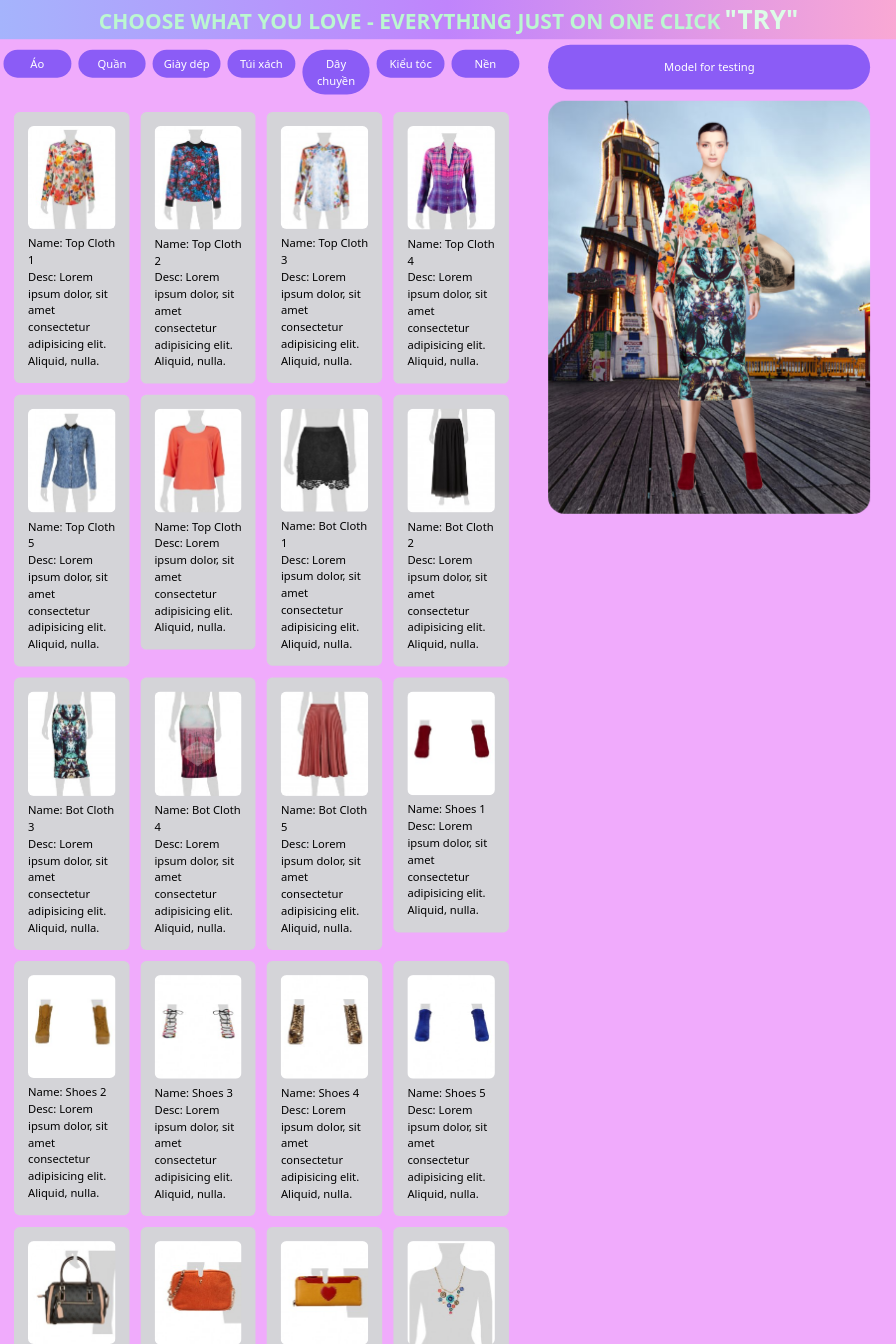
Repository: NguyenVietPhuQuy/ReactJs-TailWind-Redux-FunctionHook-ModelDesign
Page: / (app in modeldesign/)
These files come from the project's save history. The page is drawn as it stood at one moment and after the next save; the edit follows.
The browser window is 1280 px wide. The pictures show the part of the page from y = 0 to 1920 px (the page is 3468 px tall before and 3444 px after), at 70% of full size.
The project was rebuilt for these pictures with package versions that can differ from the ones it lists, and the page was loaded fresh each time. Also part of the build but not shown: modeldesign/src/App.css.

Above is the page before, as saved 2022-11-17 17:30:44.

### modeldesign/public/index.html
<!DOCTYPE html>
<html lang="en">
  <head>
    <meta charset="utf-8" />
    <link rel="icon" href="%PUBLIC_URL%/favicon.ico" />
    <meta name="viewport" content="width=device-width, initial-scale=1" />
    <meta name="theme-color" content="#000000" />
    <meta
      name="description"
      content="Web site created using create-react-app"
    />
    <!--bootstrap-->
    <link rel="stylesheet" href="https://cdnjs.cloudflare.com/ajax/libs/bootstrap/5.2.2/js/bootstrap.min.js">
    <link rel="apple-touch-icon" href="%PUBLIC_URL%/logo192.png" />
    <!--
      manifest.json provides metadata used when your web app is installed on a
      user's mobile device or desktop. See https://developers.google.com/web/fundamentals/web-app-manifest/
    -->
    <link rel="manifest" href="%PUBLIC_URL%/manifest.json" />
    <!--
      Notice the use of %PUBLIC_URL% in the tags above.
      It will be replaced with the URL of the `public` folder during the build.
      Only files inside the `public` folder can be referenced from the HTML.

      Unlike "/favicon.ico" or "favicon.ico", "%PUBLIC_URL%/favicon.ico" will
      work correctly both with client-side routing and a non-root public URL.
      Learn how to configure a non-root public URL by running `npm run build`.
    -->
    <title>React App</title>
  </head>
  <body>
    <noscript>You need to enable JavaScript to run this app.</noscript>
    <div id="root"></div>
    <!--
      This HTML file is a template.
      If you open it directly in the browser, you will see an empty page.

      You can add webfonts, meta tags, or analytics to this file.
      The build step will place the bundled scripts into the <body> tag.

      To begin the development, run `npm start` or `yarn start`.
      To create a production bundle, use `npm run build` or `yarn build`.
    -->
  </body>
</html>

### modeldesign/src/index.js
import React from 'react';
import ReactDOM from 'react-dom/client';
import './index.css';
import App from './App';
import reportWebVitals from './reportWebVitals';
import {Provider} from 'react-redux'
import store from './Components/Reducer/Store';
const root = ReactDOM.createRoot(document.getElementById('root'));
root.render(
  <React.StrictMode>
    <Provider store ={store}>
    <App/>
    </Provider>
  </React.StrictMode>
);

// If you want to start measuring performance in your app, pass a function
// to log results (for example: reportWebVitals(console.log))
// or send to an analytics endpoint. Learn more: https://bit.ly/CRA-vitals
reportWebVitals();

### modeldesign/src/App.js
import React from 'react';
import './App.css';
import Home from './Components/Home.js'
function App() {
  return (
    <div>
      <Home/>
    </div>
  );
}

export default App;

### modeldesign/src/Components/Reducer/Store.js
import {createStore} from "redux"
import rootReducer from "./RootReducer"

const store = createStore(rootReducer,window.__REDUX_DEVTOOLS_EXTENSION__ && window.__REDUX_DEVTOOLS_EXTENSION__())
export default store

### modeldesign/src/Components/Home.js
import React from "react";
import Header from './Header.js'
import Category from "./Category.js";
import ProductList from "./ProductList.js";
import Model from "./Model.js";
function Home() {
    return (
        <div className="container mx-auto relative bg-fuchsia-300">
            <section className=
            " bg-gradient-to-r from-indigo-300 via-purple-400 to-pink-300 w-full ring-2 ring-transparent">
                    <Header/>
            </section>
            <section className="main flex flex-row">
                <div className="basis-7/12">
                    <Category/>
                    <ProductList/>
                </div>
                <div className="basis-5/12">
                    <Model />
                </div>
            </section>
        </div>
    )
}
export default Home

### modeldesign/src/Components/Reducer/RootReducer.js
import { combineReducers } from "redux";
import ProductReducer from './ProductReducer'
import CategoryReducer from './CategoryReducer'

const RootReducer = combineReducers({
    products: ProductReducer,
    categories: CategoryReducer,

})

export default RootReducer

### modeldesign/src/Components/Header.js
import React from "react";
import 'animate.css'
function Header(){
    return (
        <div className="text-center text-3xl p-2 font-semibold text-green-200 ">
            CHOOSE WHAT YOU LOVE - EVERYTHING JUST ON ONE CLICK <span className="text-green-100 font-bold text-4xl animate__animated animate__pulse animate__infinite inline-block">"TRY" </span>
        </div>
    )
}
export default Header

### modeldesign/src/Components/Category.js
import React from "react";
import { useSelector } from 'react-redux'


function Category(props) {
    const returnCategory = useSelector(state => state.categories.category)
    const returnIsSelected = useSelector (state=>state.categories.isChangeCategory)
    const CategorySelected = returnCategory.filter(value=> value.type === returnIsSelected)
    console.log(CategorySelected)
    return (
        <div className=" flex flex-row w-full">
            {returnCategory.map((item) => {
                return (
                    <div key={item.tabName}className="w-1/2" style={{marginTop: 10, padding:5}}>
                        <button className="p-2 w-full rounded-full text-white hover:text-pink-100
                         bg-violet-500 hover:bg-violet-600 active:bg-violet-700 focus:outline-none
                         ease-in duration-200"
                         style={{ outline:"none",border: "none"}}

                         >
                            {item.showName}
                        </button>
                    </div>
                )
            })}
        </div>
    )
}

export default Category

### modeldesign/src/Components/ProductList.js
import React from "react";
import { useSelector } from "react-redux";
import ProductItem from "./ProductItem"
function ProductList() {
    const productList = useSelector(state => state.products.product)
    return (
        <div className="grid grid-cols-4 gap-4 m-5 text-left">
            {productList.map(item => {
                return (
                    <div key={item.name}>
                        <ProductItem items={item}/>
                    </div>
                )
            })}
        </div>)
}
export default ProductList

### modeldesign/src/Components/Model.js
import React from "react";
import './Model.css'
function Model() {
    return (
        <div className="p-2  justify-center items-center flex flex-col ">
            <div className="text-center p-5 rounded-full text-white hover:text-pink-100
                         bg-violet-500 hover:bg-violet-600 active:bg-violet-700 focus:outline-none
                         ease-in duration-200 flex  justify-center items-center mb-4"
                 style={{width:460}}
                         >Model for testing</div>
            <div className="contain rounded-3xl " style={{ backgroundImage: `url(/images/background/background1.jpg)` }}>
                <div className="body" style={{ backgroundImage: "url(images/allbody/bodynew.png)" }} />
                <div className="model" style={{ backgroundImage: "url(images/model/1000new.png)" }} />
                <div className="bikinitop" style={{ backgroundImage: `url(/images/allbody/bikini_bra.png)` }} />
                <div className="bikinitop top-cloth" style={{ backgroundImage: `url(/images/clothes/topcloth1.png)` }} />
                <div className="bikinibottom" style={{ backgroundImage: "url(images/allbody/bikini_pantsnew.png)" }} />
                <div className="bikinitop bot-cloth" style={{ backgroundImage: `url(/images/clothes/botcloth3.png)` }} />
                <div className="feetleft" style={{ backgroundImage: "url(images/allbody/feet_high_leftnew.png)" }} />
                <div className="feetright" style={{ backgroundImage: "url(images/allbody/feet_high_rightnew.png)" }} />
                <div className="shoes" style={{ backgroundImage: `url(/images/shoes/shoes1.png)` }} />
            </div>
        </div>)
}
export default Model

### modeldesign/src/Components/Reducer/CategoryReducer.js
const initialState ={
    category: [
        { tabName: 'tabTopClothes', showName: 'Áo', type: 'topclothes' },
        { tabName: 'tabBotClothes', showName: 'Quần', type: 'botclothes' },
        { tabName: 'tabShoes', showName: 'Giày dép', type: 'shoes' },
        { tabName: 'tabHandBags', showName: 'Túi xách', type: 'handbags' },
        { tabName: 'tabNecklaces', showName: 'Dây chuyền', type: 'necklaces' },
        { tabName: 'tabHairStyle', showName: 'Kiểu tóc', type: 'hairstyle' },
        { tabName: 'tabBackground', showName: 'Nền', type: 'background' }
    ],
    isChangeCategory: "topclothes"
}
const CategoryReducer = (state=initialState) =>{
    return state
}
export default CategoryReducer

### modeldesign/src/Components/ProductItem.js
import React from "react";
function ProductItem(props) {
    const {desc,name,imgSrc_jpg} = props.items
    return (
        <div className="card hover:bg-zinc-400  bg-zinc-300 rounded-lg p-5 ease-in duration-100">
            <img alt="" src={imgSrc_jpg} className="rounded-lg flex-shrink-0 w-full"></img>
            <div className="mt-2">
                <span style={{ display: "block" }}>Name: {name}</span>
                <span style={{ display: "block" }}>Desc: {desc}</span>
            </div>
        </div>
    )
}
export default ProductItem

### modeldesign/src/Components/Model.css
.contain {
    width: 460px;
    height: 590px;
    margin: 0 auto;
    position: relative;
  }
  .body {
    width: 250px;
    height: 500px;
    position: absolute;
    top: 12%;
    left: 22%;
  }
  .bikinitop {
    width: 250px;
    height: 500px;
    position: absolute;
    top: 12%;
    left: 22%;
    z-index: 1;
  }
  .top-cloth {
    background-size: cover;
    z-index: 3;
  }

  .bikinibottom {
    width: 250px;
    height: 500px;
    position: absolute;
    top: 12%;
    left: 22%;
    z-index: 1;
  }

  .bot-cloth {
    background-size: cover;
    z-index: 3;
  }

  .model {
    width: 60px;
    height: 77px;
    position: absolute;
    top: 5%;
    left: 45.5%;
    z-index: 1;
  }

  .feetleft {
    width: 25px;
    height: 41px;
    position: absolute;
    bottom: 6.5%;
    left: 40.4%;
    z-index: 1;
  }

  .feetright {
    width: 25px;
    height: 41px;
    position: absolute;
    bottom: 6.5%;
    right: 33.3%;
    z-index: 1;
  }
  .shoes {
    width: 500px;
    height: 1000px;
    position: absolute;
    bottom: -40%;
    right: -3.5%;
    transform: scale(0.5);
    z-index: 1;
  }

  .hairstyle {
    width: 1000px;
    height: 1000px;
    position: absolute;
    top: -75%;
    right: -57%;
    transform: scale(0.16);
    z-index: 4;
  }

  .handbag {
    width: 500px;
    height: 1000px;
    position: absolute;
    bottom: -40.5%;
    right: -3.5%;
    transform: scale(0.5);
    z-index: 4;
  }

  .necklace {
    width: 500px;
    height: 1000px;
    position: absolute;
    bottom: -40%;
    right: -3.5%;
    transform: scale(0.5);
    z-index: 4;
  }

Loaded but not shown: modeldesign/src/index.css (common file); modeldesign/src/reportWebVitals.js (common file); modeldesign/tailwind.config.js (common file); modeldesign/src/Components/Reducer/ProductReducer.js (277 lines, source omitted)

After the next save:
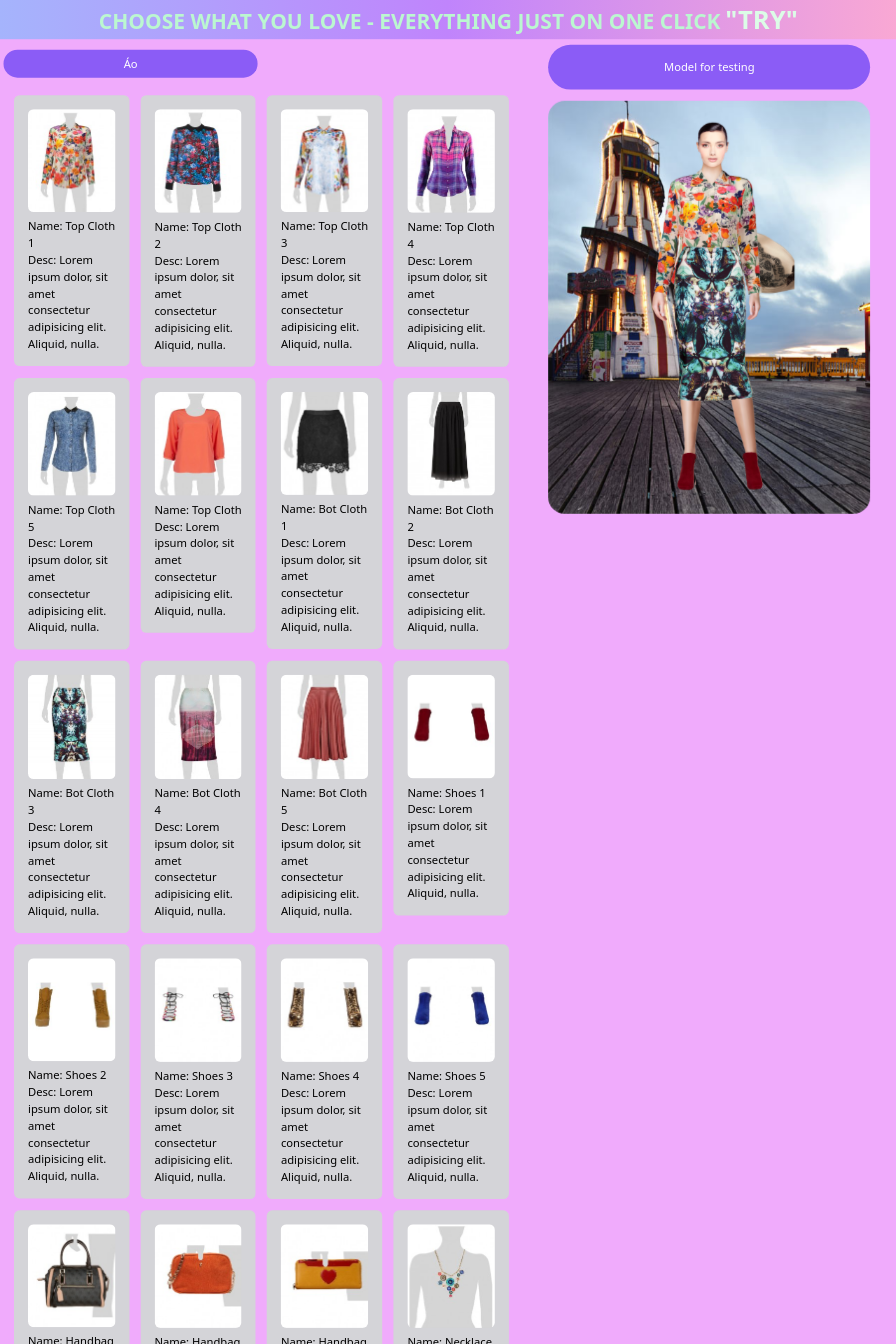
Saved 2 min 53 s later.
--- a/modeldesign/src/Components/Category.js
+++ b/modeldesign/src/Components/Category.js
@@ -9,7 +9,7 @@
     console.log(CategorySelected)
     return (
         <div className=" flex flex-row w-full">
-            {returnCategory.map((item) => {
+            {CategorySelected.map((item) => {
                 return (
                     <div key={item.tabName}className="w-1/2" style={{marginTop: 10, padding:5}}>
                         <button className="p-2 w-full rounded-full text-white hover:text-pink-100

After the save that followed:
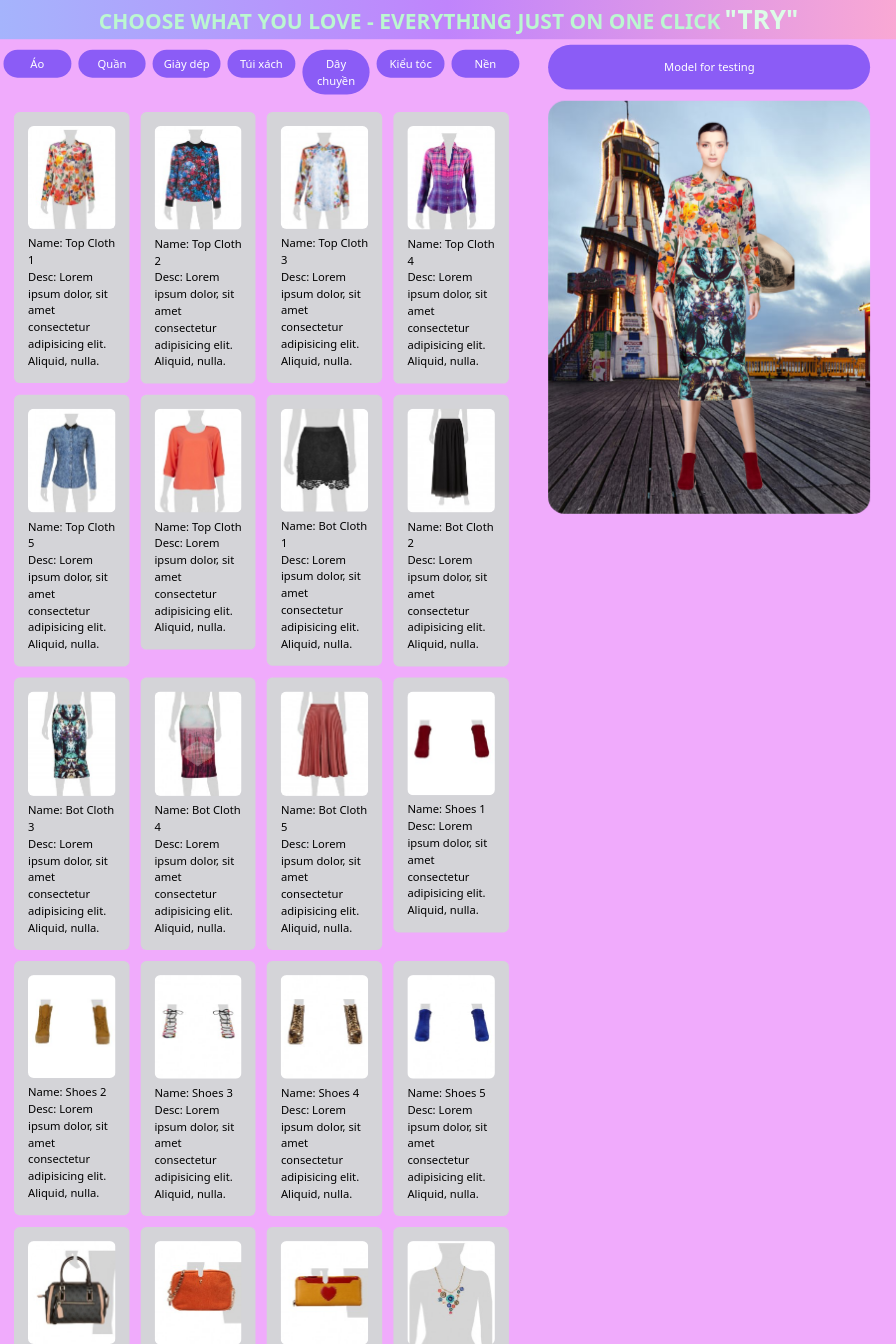
Saved 24 s later.
--- a/modeldesign/src/Components/Category.js
+++ b/modeldesign/src/Components/Category.js
@@ -9,7 +9,7 @@
     console.log(CategorySelected)
     return (
         <div className=" flex flex-row w-full">
-            {CategorySelected.map((item) => {
+            {returnCategory.map((item) => {
                 return (
                     <div key={item.tabName}className="w-1/2" style={{marginTop: 10, padding:5}}>
                         <button className="p-2 w-full rounded-full text-white hover:text-pink-100
